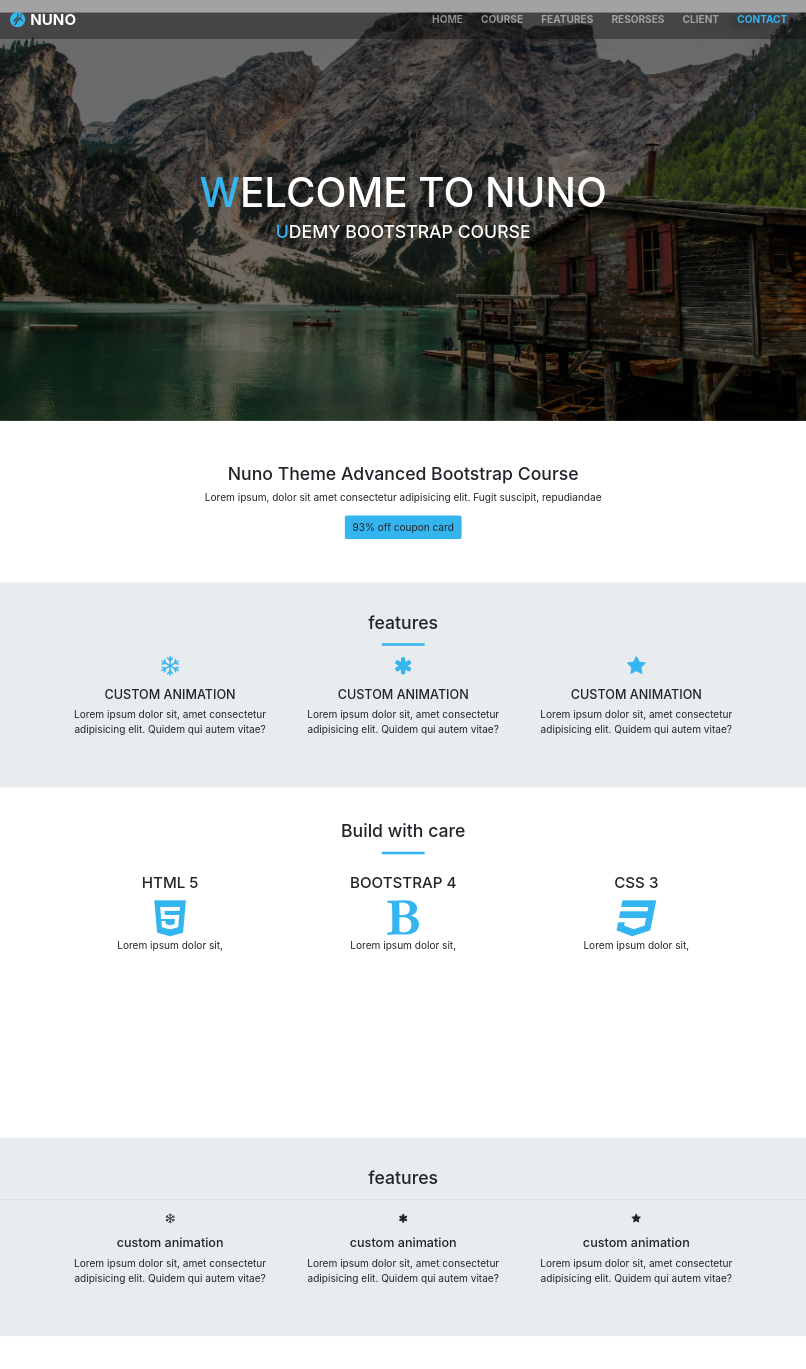
Repository: Mietlicha/bootstrap_template_exercise
Page: index.html
These files come from the project's save history. The page is drawn as it stood at one moment and after the next save; the edit follows.
The browser window is 1280 px wide. The pictures show the whole page, at 63% of full size.

Above is the page before, as saved 2019-11-19 21:57:41.

After the next save:
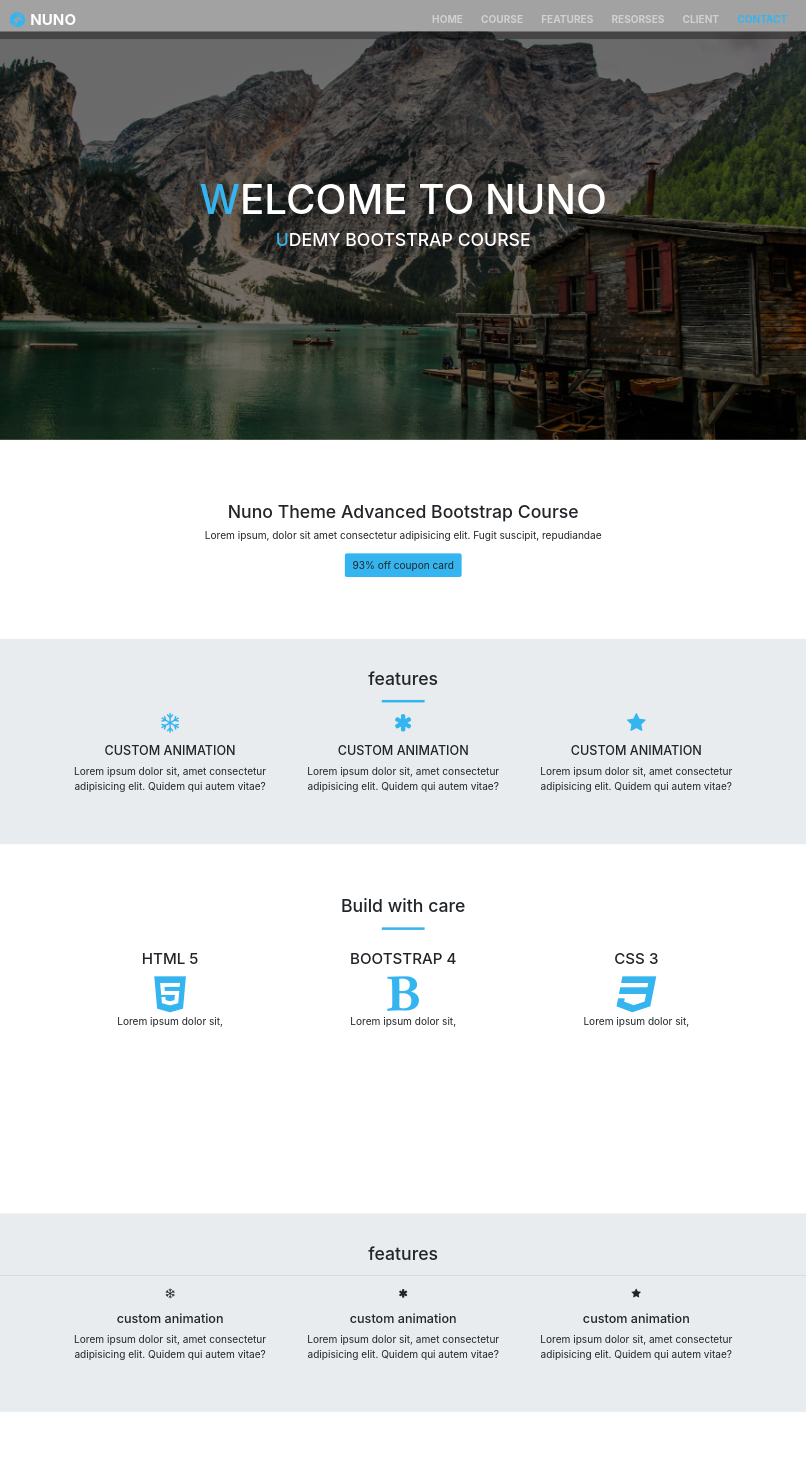
Saved 11 s later.
--- a/style.css
+++ b/style.css
@@ -8,7 +8,7 @@
 }
 
 section{
-    padding-top: 20px;
+    padding-top: 50px;
 }
 
 /************************NAV******************************************/
